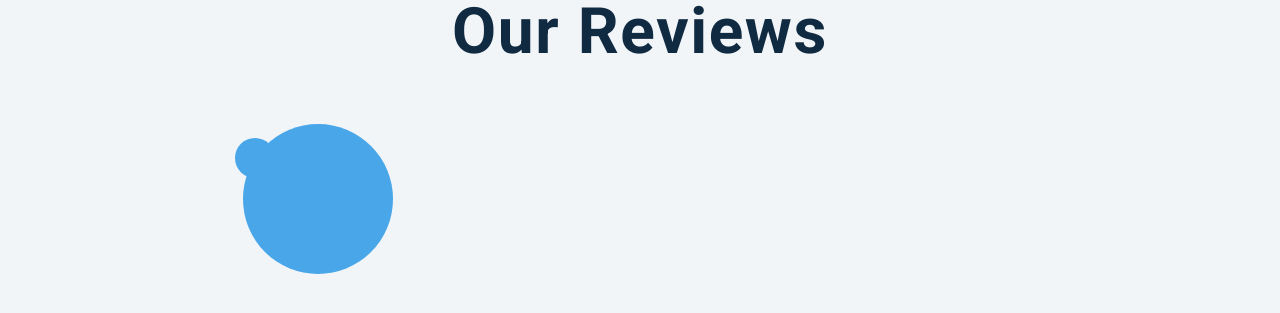
Repository: hseunghwan/practice-vanilla-javascript
Page: Carousel/Carousel.html
An editor plug-in stored every save of this project. The page is shown before and after the next save, followed by the edit.
The browser window is 1280 px wide. The pictures show the whole page.

Above is the page before, as saved 2023-05-10 20:14:03.

After the next save:
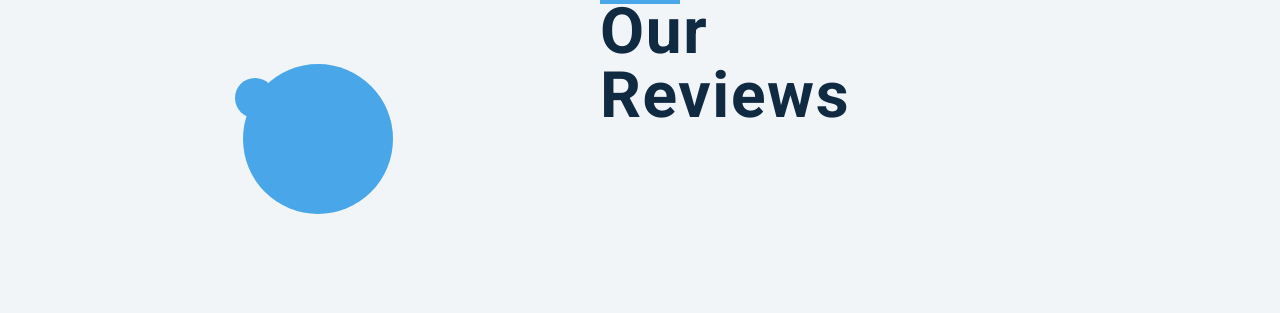
Saved 2 min 52 s later.
--- a/Carousel/Carousel.html
+++ b/Carousel/Carousel.html
@@ -7,7 +7,7 @@
     </head>
     <body>
         <div class="main">
-            <h1 class="title">Our Reviews</h1>
+            <h1 class="title underline">Our Reviews</h1>
             <div class="container">
                 <div class="img-container"></div>
             </div>
